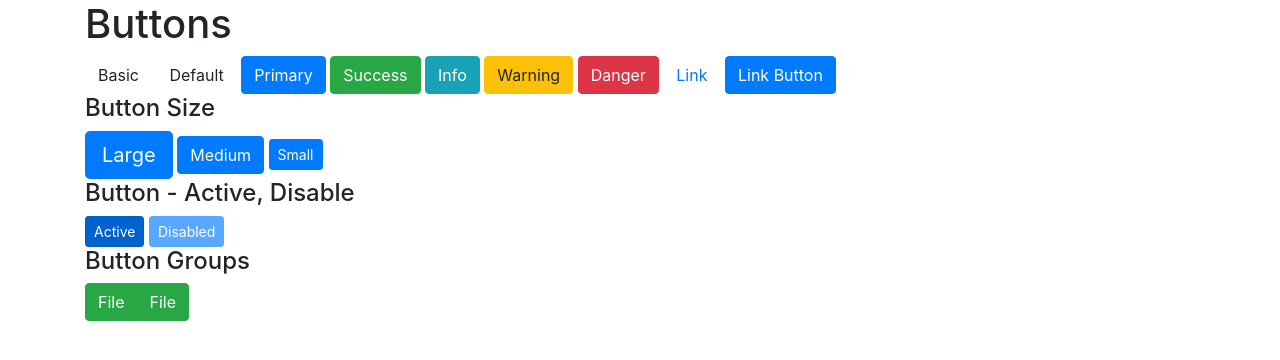
Repository: Junhee1412/front_end_practice
Page: jquery, bootstrap/js05_bootstrap/public/js04_buttons.html
An editor plug-in stored every save of this project. The page is shown before and after the next save, followed by the edit.
The browser window is 1280 px wide. The pictures show the whole page.

Above is the page before, as saved 2022-11-16 01:25:28.

After the next save:
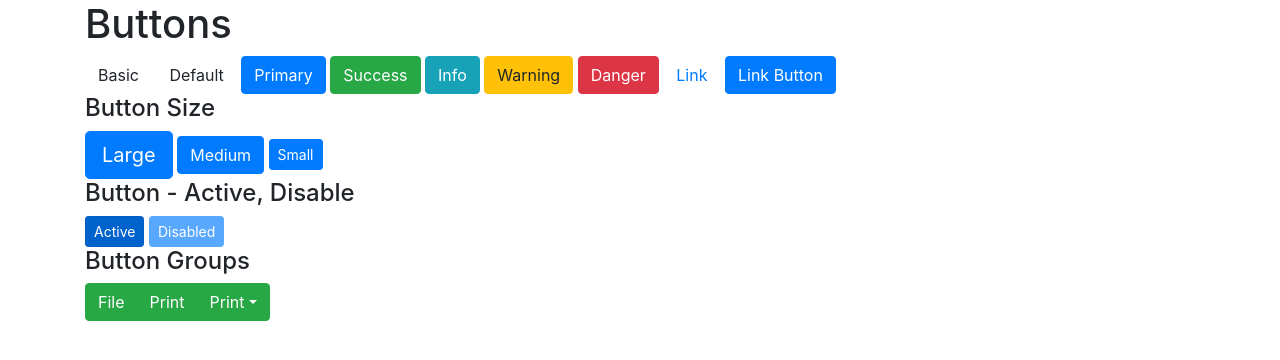
Saved 22 min 38 s later.
--- a/jquery, bootstrap/js05_bootstrap/public/js04_buttons.html
+++ b/jquery, bootstrap/js05_bootstrap/public/js04_buttons.html
@@ -37,7 +37,10 @@
 		<h4>Button Groups</h4>
 		<div class="btn-group">
 		<button type="button" class="btn btn-success" >File</button>
-		<button type="button" class="btn btn-success" >File</button>
+		<button type="button" class="btn btn-success" >Print</button>
+			<div class="btn-group">
+				<button type="button" class="btn btn-success dropdown-toggle" data-toggle="dropdown">Print</button>
+			</div>
 		</div>
 	</div>
 </body>
